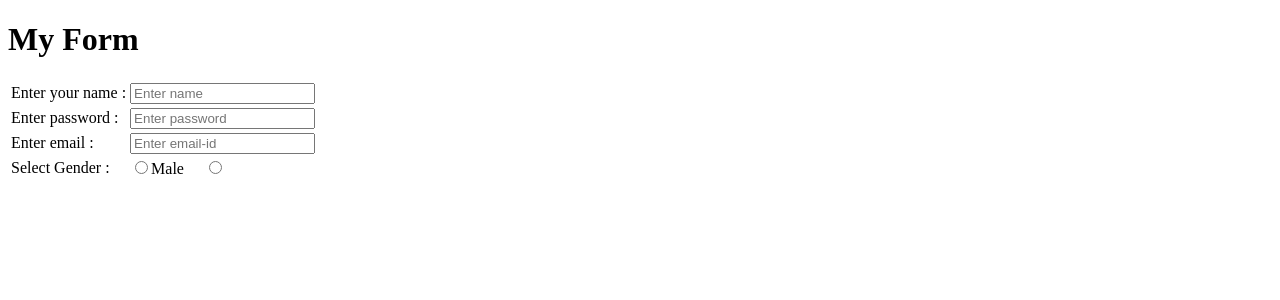
Repository: nin19/advance_java
Page: servlet/FormServlet/src/main/webapp/index.html
The author's editor kept a copy of each file at every save. The page is drawn from the files as they stood at one save, then again after the next save.
The browser window is 1280 px wide. The pictures show the whole page.

Above is the page before, as saved 2024-10-16 15:59:30.

### servlet/FormServlet/src/main/webapp/index.html
<!DOCTYPE html>
<html>
<head>
<title>Form Page</title>
</head>
<body>
	<div class="container">
		<h1>My Form</h1>

		<form action="formServlet" method="post">
			<table>
				<tr>
					<td>Enter your name :</td>
					<td><input type="text" name="user_name" placeholder="Enter name"/></td>
				</tr>
				<tr>
					<td>Enter password :</td>
					<td><input type="password" name="user_password" placeholder="Enter password"/></td>
				</tr>
				<tr>
					<td>Enter email :</td>
					<td><input type="email" name="user_email" placeholder="Enter email-id" /></td>
				</tr>
				<tr>
					<td>Select Gender :</td>
					<td>
						<input type="radio" name="user_gender" value="Male">Male &nbsp; &nbsp; <input type="radio" name="user_gender" value="Female" />
					</td>
				</tr>

			</table>

		</form>
	</div>
</body>
</html>

After the next save:
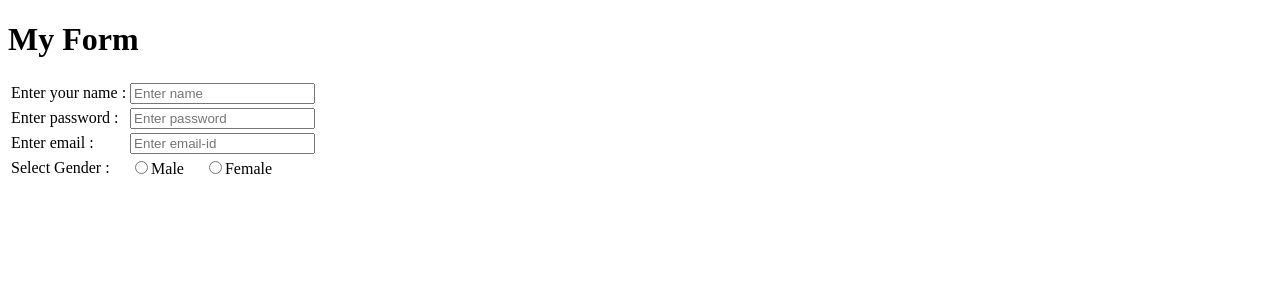
Saved 19 s later.
--- a/servlet/FormServlet/src/main/webapp/index.html
+++ b/servlet/FormServlet/src/main/webapp/index.html
@@ -24,7 +24,7 @@
 				<tr>
 					<td>Select Gender :</td>
 					<td>
-						<input type="radio" name="user_gender" value="Male">Male &nbsp; &nbsp; <input type="radio" name="user_gender" value="Female" />
+						<input type="radio" name="user_gender" value="Male">Male &nbsp; &nbsp; <input type="radio" name="user_gender" value="Female" />Female
 					</td>
 				</tr>
 
